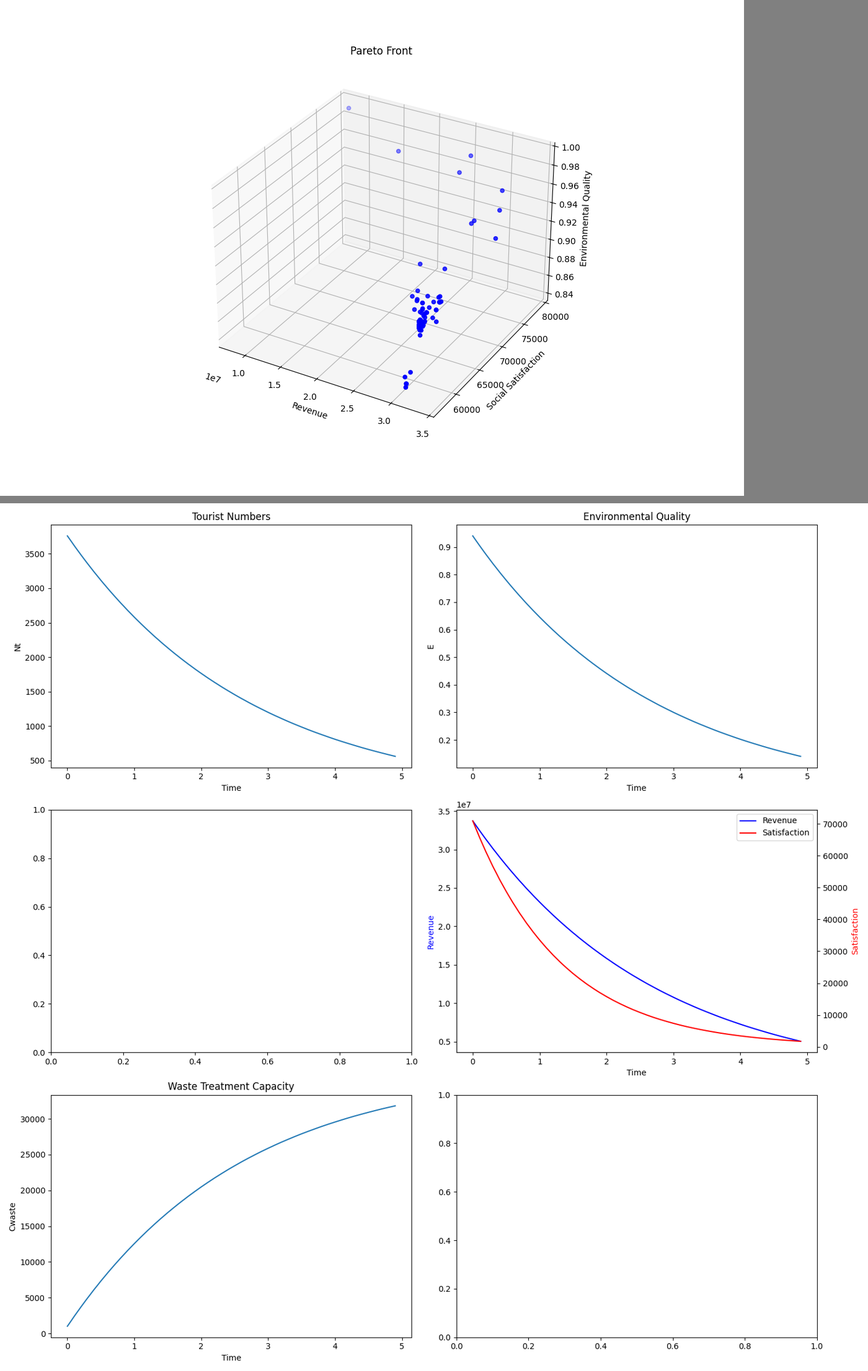
Repository: Kevinye0116/MCM
Script's output: python Coding/trial3.py
An editor plug-in stored every save of this project. The script's output is shown before and after the next save, followed by the edit.
The pictures are shown at 62% of full size.
Each picture stacks the figures in order, with grey between them; figures that are only written to a file come last. Figures wider than 1,400 px are first shrunk to that width. Random numbers start from a fixed seed.

Above is the script's output before, as saved 2025-01-25 21:52:48.

### Coding/trial3.py
from typing import List, Tuple

import matplotlib.pyplot as plt
import numpy as np
from mpl_toolkits.mplot3d import Axes3D


class TourismOptimization:
    def __init__(self):
        # 模型系数
        self.k1 = 0.1  # 环保投资效率系数
        self.k2 = 0.05  # 碳排放影响系数
        self.k3 = 0.2  # 自然恢复系数
        self.k4 = 0.15  # 基础设施发展系数
        self.k5 = 0.3  # 基础设施投资系数
        self.k6 = 0.25  # 环保投资系数

        # 社会满意度参数
        self.a1 = 0.01  # 游客数量对居民满意度的影响系数
        self.a2 = 0.02  # 旅游税对游客满意度的影响系数
        self.a3 = 0.015  # 消费水平对游客满意度的影响系数
        self.b1 = 100  # 居民基础满意度
        self.b2 = 100  # 游客基础满意度

        # 发展参数
        self.gamma = 0.1  # 游客增长率
        self.delta = 0.05  # 环境影响因子

        # 约束条件上限
        self.Nt_max = 5000000  # 最大游客数量
        self.tau_max = 100  # 最大旅游税
        self.Pt_max = 10000  # 最大游客消费
        self.CO2_max = 500000  # 最大碳排放量
        self.E_min = 50  # 最小环境质量指数

        # 其他参数
        self.Ch = 1000  # 隐性成本
        self.CO2p = 0.5  # 人均碳排放量
        self.Rnature = 100  # 自然恢复能力基准值

        # 系统动态参数
        self.dt = 0.1  # 时间步长
        self.E = self.E_min  # 初始环境质量
        self.Cinfra = 1000  # 初始基础设施容量

        # 新增参数
        self.Cwater = 1000  # 水资源容量
        self.Cwaste = 1000  # 废物处理容量
        self.a4 = 0.01  # 游客数量对游客满意度的影响系数
        self.b3 = 10  # 废物处理基准增长率

    def calculate_revenue(self, x: np.ndarray) -> float:
        """计算总收入"""
        Nt, tau_t, Pt = x
        return Pt * Nt  # 简化为游客消费与数量的乘积

    def calculate_social_satisfaction(self, x: np.ndarray) -> float:
        """计算社会满意度"""
        Nt, tau_t, Pt = x
        # 居民满意度包含二次项
        S_residents = self.a1 * Nt * Nt + self.a2 * Nt + self.b1
        # 游客满意度新增游客数量影响
        S_tourists = self.a3 * Pt + self.a4 * Nt + self.b2
        # 加权平均
        return 0.5 * S_residents + 0.5 * S_tourists

    def calculate_environmental_quality(self, x: np.ndarray) -> float:
        """计算环境质量指数"""
        Nt, tau_t, Pt = x
        return (
            self.k1 * self.CO2p * Nt / self.CO2_max
            + self.k2 * Nt / self.Cinfra
            + self.k3 * Nt / self.Cwater
        )

    def calculate_dCwaste_dt(self, x: np.ndarray) -> float:
        """计算废物处理容量的变化率 dCwaste/dt"""
        Nt, tau_t, Pt = x
        Pb = self.k5 * tau_t * Nt  # 基础设施投资
        return self.k4 * Pb + self.b3

    def calculate_next_Nt(self, x: np.ndarray, E: float) -> float:
        """计算下一时刻的游客数量"""
        Nt, tau_t, Pt = x
        Stourists = -self.a2 * tau_t - self.a3 * Pt + self.b2
        return Nt * (1 + self.gamma * Stourists / 100) - self.delta * (self.E_min - E)

    def constraints(self, x: np.ndarray) -> List[float]:
        """检查所有约束条件"""
        Nt, tau_t, Pt = x
        return [
            self.Nt_max - Nt,  # 游客数量上限约束
            self.tau_max - tau_t,  # 旅游税上限约束
            self.Pt_max - Pt,  # 消费上限约束
            self.CO2_max - Nt * self.CO2p,  # 碳排放约束
            -self.a1 * Nt + self.b1 - 60,  # 居民满意度最低要求
            Nt,  # 游客数量非负
            tau_t,  # 旅游税非负
            Pt,  # 消费非负
        ]

    def is_feasible(self, x: np.ndarray) -> bool:
        """检查解是否满足所有约束条件"""
        return all(c >= 0 for c in self.constraints(x))

    def dominates(
        self, obj1: Tuple[float, float, float], obj2: Tuple[float, float, float]
    ) -> bool:
        """检查obj1是否支配obj2"""
        return all(o1 >= o2 for o1, o2 in zip(obj1, obj2)) and any(
            o1 > o2 for o1, o2 in zip(obj1, obj2)
        )

    def crossover_and_mutate(
        self, parent1: np.ndarray, parent2: np.ndarray
    ) -> np.ndarray:
        """进行交叉和变异操作"""
        # 算术交叉
        alpha = np.random.random()
        child = alpha * parent1 + (1 - alpha) * parent2

        # 变异
        mutation_rate = 0.1
        if np.random.random() < mutation_rate:
            mutation_strength = 0.1
            child += np.random.normal(0, mutation_strength, size=3)

        # 确保在约束范围内
        child[0] = np.clip(child[0], 0, self.Nt_max)
        child[1] = np.clip(child[1], 0, self.tau_max)
        child[2] = np.clip(child[2], 0, self.Pt_max)

        return child

    def pareto_optimization(
        self, population_size: int = 100, generations: int = 50
    ) -> List[np.ndarray]:
        """执行帕累托优化"""
        # 初始化种群
        population = []
        while len(population) < population_size:
            x = np.array(
                [
                    np.random.uniform(0, self.Nt_max),
                    np.random.uniform(0, self.tau_max),
                    np.random.uniform(0, self.Pt_max),
                ]
            )
            if self.is_feasible(x):
                population.append(x)

        pareto_front = []
        for generation in range(generations):
            # 评估当前种群的目标函数值
            objectives = []
            for solution in population:
                if self.is_feasible(solution):
                    obj1 = self.calculate_revenue(solution)
                    obj2 = self.calculate_social_satisfaction(solution)
                    obj3 = self.calculate_environmental_quality(solution)
                    objectives.append((obj1, obj2, obj3))
                else:
                    objectives.append((-np.inf, -np.inf, -np.inf))

            # 更新帕累托前沿
            for i, solution in enumerate(population):
                if not self.is_feasible(solution):
                    continue
                dominated = False
                for j, other_solution in enumerate(population):
                    if (
                        i != j
                        and self.is_feasible(other_solution)
                        and self.dominates(objectives[j], objectives[i])
                    ):
                        dominated = True
                        break
                if not dominated:
                    pareto_front.append(solution)

            # 生成新种群
            new_population = []
            while len(new_population) < population_size:
                # 锦标赛选择
                tournament = np.random.choice(len(population), 2, replace=False)
                if objectives[tournament[0]][0] > objectives[tournament[1]][0]:
                    parent1 = population[tournament[0]]
                else:
                    parent1 = population[tournament[1]]

                tournament = np.random.choice(len(population), 2, replace=False)
                if objectives[tournament[0]][1] > objectives[tournament[1]][1]:
                    parent2 = population[tournament[0]]
                else:
                    parent2 = population[tournament[1]]

                # 交叉和变异
                child = self.crossover_and_mutate(parent1, parent2)
                if self.is_feasible(child):
                    new_population.append(child)

            population = new_population

        # 移除重复解
        pareto_front = np.unique(pareto_front, axis=0)
        return pareto_front

    def simulate_system(self, x: np.ndarray, time_steps: int = 10) -> List[dict]:
        """模拟系统动态变化"""
        history = []
        current_x = x.copy()
        current_Cwaste = self.Cwaste

        for t in range(time_steps):
            # 直接计算环境质量，而不是通过变化率
            current_E = self.calculate_environmental_quality(current_x)

            state = {
                "t": t * self.dt,
                "Nt": current_x[0],
                "tau_t": current_x[1],
                "Pt": current_x[2],
                "E": current_E,
                "Cwaste": current_Cwaste,
                "Revenue": self.calculate_revenue(current_x),
                "Satisfaction": self.calculate_social_satisfaction(current_x),
            }
            history.append(state)

            # 计算其他状态变量的变化率
            dCwaste = self.calculate_dCwaste_dt(current_x) * self.dt

            # 更新状态变量
            current_Cwaste += dCwaste
            next_Nt = self.calculate_next_Nt(current_x, current_E)
            current_x[0] = np.clip(next_Nt, 0, self.Nt_max)

        return history

    def visualize_pareto_front(self, pareto_front: List[np.ndarray]):
        """可视化帕累托前沿"""
        if len(pareto_front) == 0:
            print("No feasible solutions found!")
            return

        objectives = np.array(
            [
                [
                    self.calculate_revenue(x),
                    self.calculate_social_satisfaction(x),
                    self.calculate_environmental_quality(x),
                ]
                for x in pareto_front
            ]
        )

        fig = plt.figure(figsize=(12, 8))
        ax = fig.add_subplot(111, projection="3d")

        scatter = ax.scatter(
            objectives[:, 0], objectives[:, 1], objectives[:, 2], c="b", marker="o"
        )

        ax.set_xlabel("Revenue")
        ax.set_ylabel("Social Satisfaction")
        ax.set_zlabel("Environmental Quality")
        ax.set_title("Pareto Front")

        plt.show()

    def plot_simulation_results(self, history: List[dict]):
        """绘制模拟结果"""
        t = [state["t"] for state in history]
        Nt = [state["Nt"] for state in history]
        E = [state["E"] for state in history]
        Cwaste = [state["Cwaste"] for state in history]  # 新增废物处理容量数据
        Revenue = [state["Revenue"] for state in history]
        Satisfaction = [state["Satisfaction"] for state in history]

        fig, axes = plt.subplots(3, 2, figsize=(15, 15))  # 增加图表数量

        # 游客数量变化
        axes[0, 0].plot(t, Nt)
        axes[0, 0].set_title("Tourist Numbers")
        axes[0, 0].set_xlabel("Time")
        axes[0, 0].set_ylabel("Nt")

        # 环境质量变化
        axes[0, 1].plot(t, E)
        axes[0, 1].set_title("Environmental Quality")
        axes[0, 1].set_xlabel("Time")
        axes[0, 1].set_ylabel("E")

        # 废物处理容量变化
        axes[2, 0].plot(t, Cwaste)
        axes[2, 0].set_title("Waste Treatment Capacity")
        axes[2, 0].set_xlabel("Time")
        axes[2, 0].set_ylabel("Cwaste")

        # 收入和满意度变化
        ax2 = axes[1, 1].twinx()
        (l1,) = axes[1, 1].plot(t, Revenue, "b-", label="Revenue")
        (l2,) = ax2.plot(t, Satisfaction, "r-", label="Satisfaction")
        axes[1, 1].set_xlabel("Time")
        axes[1, 1].set_ylabel("Revenue", color="b")
        ax2.set_ylabel("Satisfaction", color="r")
        axes[1, 1].legend(handles=[l1, l2])

        plt.tight_layout()
        plt.show()


def main():
    # Set random seed for reproducibility
    np.random.seed(42)

    # Create optimizer instance
    optimizer = TourismOptimization()

    # Execute Pareto optimization
    print("Performing Pareto optimization...")
    pareto_front = optimizer.pareto_optimization(population_size=100, generations=50)

    # Visualize Pareto front
    print(f"Found {len(pareto_front)} Pareto optimal solutions")
    optimizer.visualize_pareto_front(pareto_front)

    # Print all Pareto optimal solutions
    print("\nAll Pareto optimal solutions:")
    for i, solution in enumerate(pareto_front, 1):
        print(f"\nSolution {i}:")
        print(f"Tourist Numbers: {solution[0]:.0f}")
        print(f"Tourism Tax: {solution[1]:.2f}")
        print(f"Tourist Consumption: {solution[2]:.2f}")
        print(f"Expected Revenue: {optimizer.calculate_revenue(solution):.2f}")
        print(
            f"Social Satisfaction: {optimizer.calculate_social_satisfaction(solution):.2f}"
        )
        print(
            f"Environmental Quality: {optimizer.calculate_environmental_quality(solution):.2f}"
        )

    # Select an example solution for system dynamics simulation
    if len(pareto_front) > 0:
        # Choose the solution with highest revenue as example
        example_solution = max(
            pareto_front, key=lambda x: optimizer.calculate_revenue(x)
        )

        print("\nSelected example solution (highest revenue):")
        print(f"Tourist Numbers: {example_solution[0]:.0f}")
        print(f"Tourism Tax: {example_solution[1]:.2f}")
        print(f"Tourist Consumption: {example_solution[2]:.2f}")
        print(f"Expected Revenue: {optimizer.calculate_revenue(example_solution):.2f}")
        print(
            f"Social Satisfaction: {optimizer.calculate_social_satisfaction(example_solution):.2f}"
        )
        print(
            f"Environmental Quality: {optimizer.calculate_environmental_quality(example_solution):.2f}"
        )

        # Simulate system dynamics
        print("\nSimulating system dynamics...")
        history = optimizer.simulate_system(example_solution, time_steps=50)

        # Visualize simulation results
        optimizer.plot_simulation_results(history)
    else:
        print("No feasible solutions found!")


if __name__ == "__main__":
    main()

After the next save:
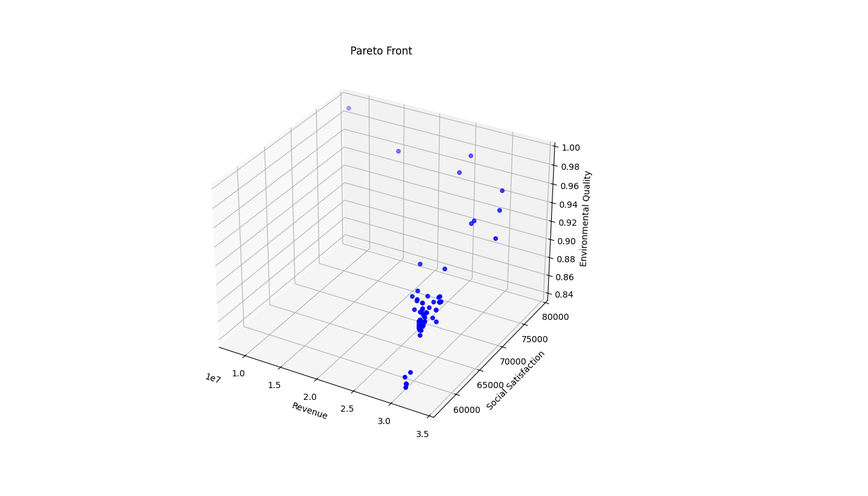
Saved 39 s later.
--- a/Coding/trial3.py
+++ b/Coding/trial3.py
@@ -364,7 +364,7 @@ def main():
         history = optimizer.simulate_system(example_solution, time_steps=50)
 
         # Visualize simulation results
-        optimizer.plot_simulation_results(history)
+        # optimizer.plot_simulation_results(history)
     else:
         print("No feasible solutions found!")
 
